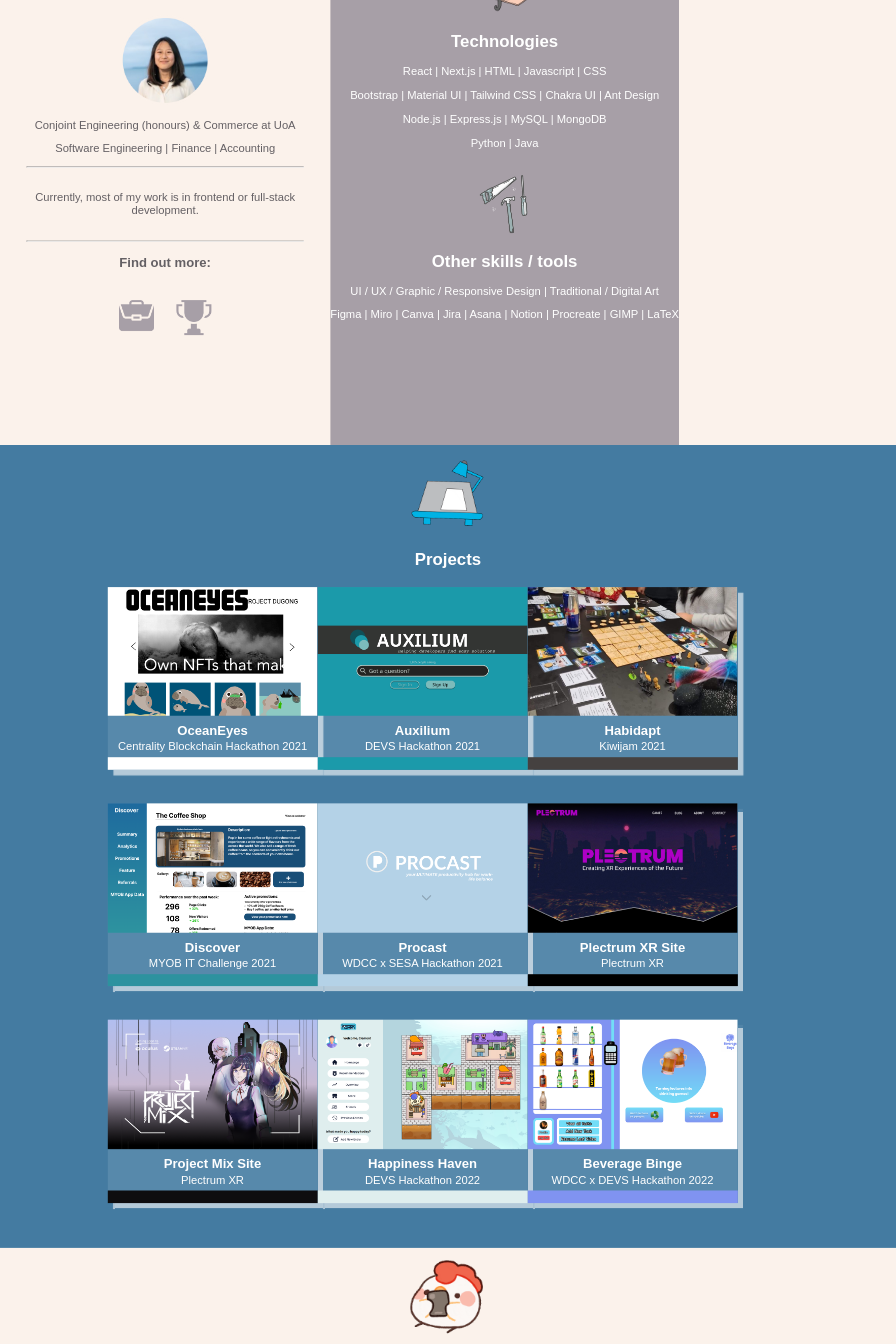
Repository: lukisoo/lukisoo-portfolio
Page: /
These files come from the project's save history. The page is drawn as it stood at one moment and after the next save; the edit follows.
The browser window is 1280 px wide. The pictures show the part of the page from y = 804 to 2724 px (the page is 3307 px tall), at 70% of full size.
The pointer rests on the first visible `.project-box`.
The project was rebuilt for these pictures with package versions that can differ from the ones it lists, and the page was loaded fresh each time.

Above is the page before, as saved 2022-07-31 19:03:11.

After the next save:
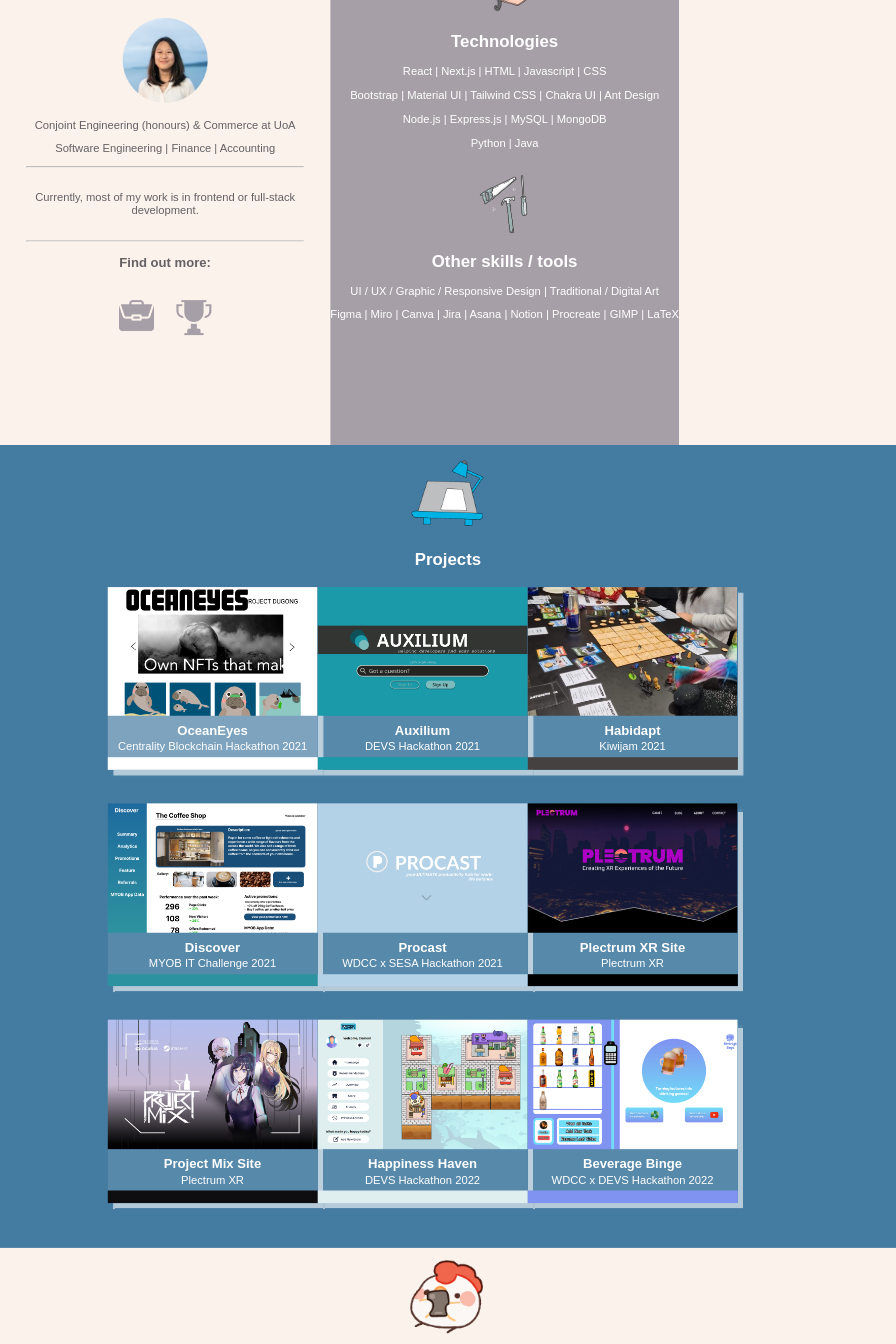
Saved 2 min 20 s later.
--- a/src/App.css
+++ b/src/App.css
@@ -186,6 +186,7 @@
 
 .project-box:hover {
   /* opacity: 0.8; */
+  background-color: rgba(255, 255, 255, 0.3);
   cursor: pointer;
 }
 
